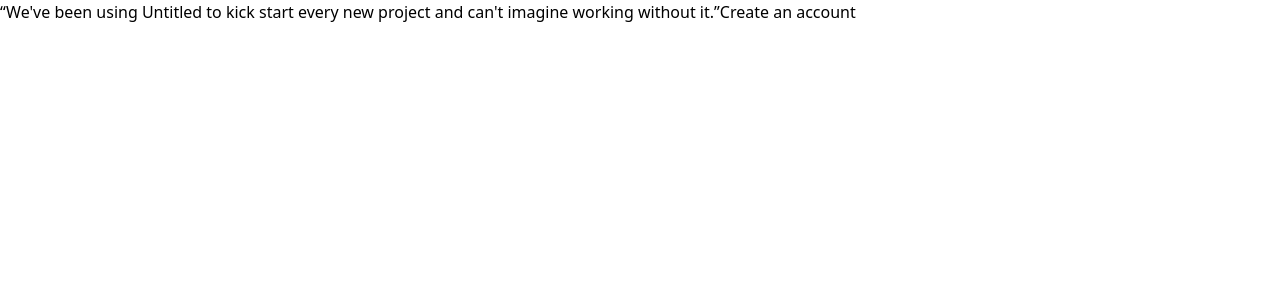
Repository: debthebuilder/youtube-html-contact-form-tailwindcss
Page: contact.html
The author's editor kept a copy of each file at every save. The page is drawn from the files as they stood at one save, then again after the next save.
The browser window is 1280 px wide. The pictures show the whole page.
Some web libraries are served in a nearby version.

Above is the page before, as saved 2022-08-03 05:22:37.

### contact.html
<!DOCTYPE html>
<html lang="en">
<head>
    <meta charset="UTF-8">
    <meta http-equiv="X-UA-Compatible" content="IE=edge">
    <meta name="viewport" content="width=device-width, initial-scale=1.0">
    <script src="https://cdn.tailwindcss.com"></script>
    <title>HTML Contact Form</title>
</head>
<body>
    <div class="w-full flex">
        <!--Background Image with Overlay text-->
        <div class="bg-">
            <q>We've been using Untitled to kick start every new project and can't imagine working without it.</q>
        </div>
        <!--Form-->
        <div>
            <h2>Create an account</h2>
        </div>
    </div>
</body>
</html>

After the next save:
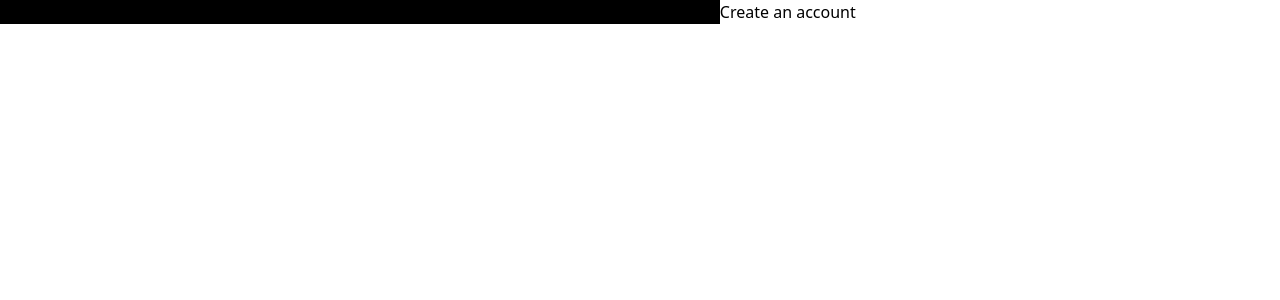
Saved 4 s later.
--- a/contact.html
+++ b/contact.html
@@ -10,7 +10,7 @@
 <body>
     <div class="w-full flex">
         <!--Background Image with Overlay text-->
-        <div class="bg-">
+        <div class="bg-black">
             <q>We've been using Untitled to kick start every new project and can't imagine working without it.</q>
         </div>
         <!--Form-->
